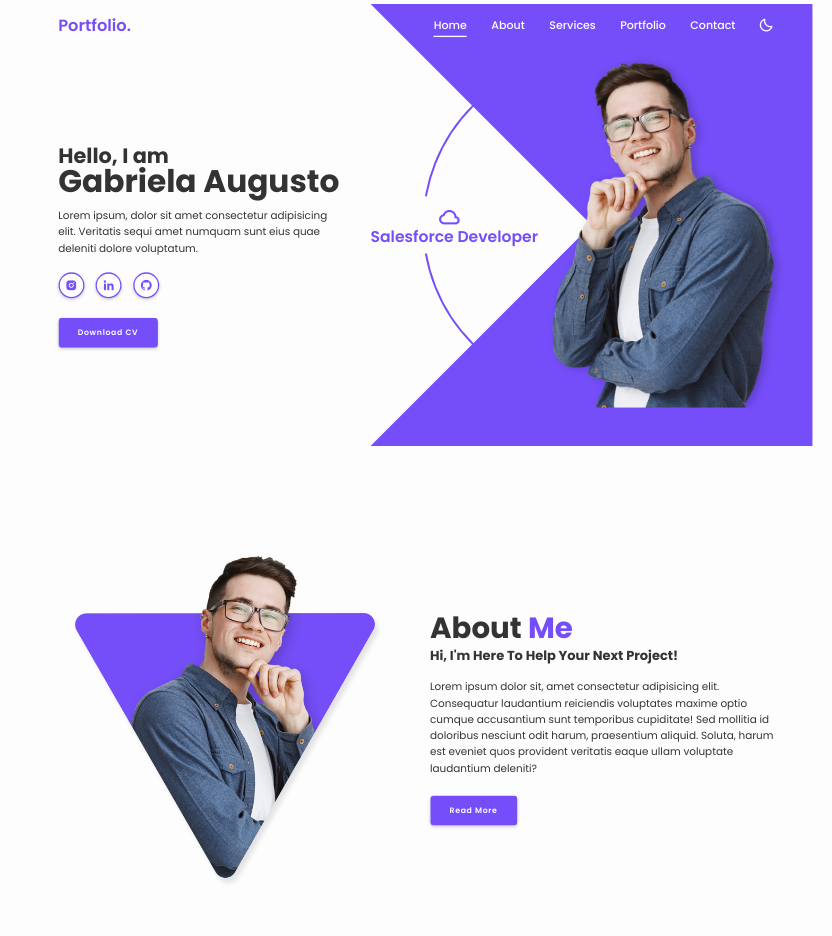
Repository: Gabi-Augusto/Portfolio
Page: index.html
An editor plug-in stored every save of this project. The page is shown before and after the next save, followed by the edit.
The browser window is 1280 px wide. The pictures show the whole page, at 65% of full size.

Above is the page before, as saved 2023-11-29 15:45:33.

### index.html
<!DOCTYPE html>
<html lang="en">

<head>
    <meta charset="UTF-8">
    <meta http-equiv="X-UA-Compatible" content="IE=edge">
    <meta name="viewport" content="width=device-width, initial-scale=1.0">
    <title>Portfolio Website Design | Gabriela Augusto</title>

    <!-- swiper css -->
    <link rel="stylesheet" href="https://cdn.jsdelivr.net/npm/swiper@9/swiper-bundle.min.css" />

    <!-- box icons -->
    <link href='https://unpkg.com/boxicons@2.1.4/css/boxicons.min.css' rel='stylesheet'>

    <!-- custom css -->
    <link rel="stylesheet" href="css/style.css">
</head>

<body>

    <!-- header design -->
    <header class="header">
        <a href="#" class="logo">Portfolio.</a>

        <nav class="navbar">
            <a href="#home" class="active">Home</a>
            <a href="#about">About</a>
            <a href="#services">Services</a>
            <a href="#portfolio">Portfolio</a>
            <a href="#contact">Contact</a>
        </nav>

        <div class="bx bx-moon" id="darkMode-icon"></div>
    </header>

    <!-- home section design -->
    <section class="home" id="home">
        <div class="home-content">
            <h3>Hello, I am</h3>
            <h1>Gabriela Augusto</h1>
            <p>Lorem ipsum, dolor sit amet consectetur adipisicing elit. Veritatis sequi amet numquam sunt eius quae deleniti dolore voluptatum.</p>

            <div class="social-media">
                <a href="#"><i class='bx bxl-instagram-alt'></i></a>
                <a href="#"><i class='bx bxl-linkedin' ></i></a>
                <a href="#"><i class='bx bxl-github' ></i></a>
            </div>

            <a href="#" class="btn">Download CV</a>
        </div>

        <div class="profession-container">
            <div class="profession-box">
                <div class="profession" style="--i:0;">
                    <i class='bx bx-cloud'></i>
                    <h3>Salesforce Developer</h3>
                </div>
                <div class="profession" style="--i:1;">
                    <i class='bx bx-bulb'></i>
                    <h3>Business Analyst</h3>
                </div>
                <div class="profession" style="--i:2;">
                    <i class='bx bx-palette'></i>
                    <h3>Web Designer</h3>
                </div>
                <div class="profession" style="--i:3;">
                    <i class='bx bx-code-alt' ></i>
                    <h3>FullStack Developer</h3>
                </div>
                <div class="circle"></div>
            </div>
            <div class="overlay"></div>
        </div>
        <div class="home-img">
            <img src="imagens/home.png" alt="">
        </div>
    </section>

    <!-- about section design -->

    <section class="about" id="about">
        <div class="about-img">
            <img src="imagens/about.png" alt="">
        </div>

        <div class="about-content">
            <h2 class="heading">About <span>Me</span></h2>
            <h3>Hi, I'm Here To Help Your Next Project!</h3>
            <p>Lorem ipsum dolor sit, amet consectetur adipisicing elit. Consequatur laudantium reiciendis voluptates maxime optio cumque accusantium sunt temporibus cupiditate! Sed mollitia id doloribus nesciunt odit harum, praesentium aliquid. Soluta, harum est eveniet quos provident veritatis eaque ullam voluptate laudantium deleniti?</p>
            <a href="#" class="btn">Read More</a>
        </div>
    </section>

    <!-- services section design -->

    <!-- portfolio section design -->

    <!-- testimonial design -->

    <!-- contact section design -->

    <!-- footer design -->


    <!-- scroll reveal -->
    <script src="https://unpkg.com/scrollreveal"></script>

    <!-- swiper js -->
    <script src="https://cdn.jsdelivr.net/npm/swiper@9/swiper-bundle.min.js"></script>

    <!-- custom js -->
    <script src="js/script.js"></script>
</body>

</html>

### css/style.css
@import url('https://fonts.googleapis.com/css2?family=Poppins:wght@300;400;500;600;700;800;900&display=swap');

* {
    margin: 0;
    padding: 0;
    box-sizing: border-box;
    text-decoration: none;
    border: none;
    outline: none;
    scroll-behavior: smooth;
    font-family: 'Poppins', sans-serif;
}

:root {
    --bg-color: #fdfdfd;
    --text-color: #333;
    --main-color: #754ef9;
    --white-color: #fdfdfd;
    --shadow-color: rgba(0, 0, 0, .2);
}

html {
    font-size: 62.5%;
    overflow-x: hidden;
}

body {
    background: var(--bg-color);
    color: var(--text-color);
}

.header {
    position: fixed;
    top: 0;
    left: 0;
    width: 100%;
    padding: 2rem 7%;
    background: transparent;
    display: flex;
    align-items: center;
    z-index: 100;
    transition: .5s;
}

.header.sticky {
    background: var(--bg-color);
    box-shadow: 0 .1rem 1rem var(--shadow-color);
}

.logo {
    font-size: 2.5rem;
    color: var(--main-color);
    font-weight: 600;
    cursor: default;
    margin-right: auto;
}

.navbar a {
    position: relative;
    font-size: 1.7rem;
    color: var(--white-color);
    font-weight: 500;
    margin-right: 3.5rem;
}

.header.sticky .navbar a {
    color: var(--text-color);
}

.header.sticky .navbar a.active {
    color: var(--main-color);
}

.navbar a.active::before{
    content: '';
    position: absolute;
    left: 0;
    bottom: -6px;
    width: 100%;
    height: .2rem;
    background: var(--white-color);
}

.header.sticky .navbar a::before {
    background: var(--main-color);
    opacity: .7;
}

#darkMode-icon {
    font-size: 2.4rem;
    color: var(--white-color);
    cursor: pointer;
}

.header.sticky #darkMode-icon{
    color: var(--text-color);
    opacity: .9;
}

section {
    min-height: 100vh;
    padding: 7rem 7% 2rem;
}

.home {
    display: flex;
    align-items: center;
}

.home .home-content {
    max-width: 44rem;
}

.home-content h3 {
    font-size: 3.2rem;
    font-weight: 700;
    line-height: .3;
}

.home-content h1 {
    font-size: 4.8rem;
    font-weight: 700;
    margin-bottom: .3rem;
}

.home-content p {
    font-size: 1.6rem;
}

.home-content .social-media a {
    display: inline-flex;
    justify-content: center;
    align-items: center;
    width: 4rem;
    height: 4rem;
    background: transparent;
    border: .2rem solid var(--main-color);
    border-radius: 50%;
    box-shadow: 0 .2rem .5rem  var(--shadow-color);
    font-size: 2rem;
    color: var(--main-color);
    margin: 2.5rem 1.5rem 3rem 0;
    transition: .5s ease;
}

.home-content .social-media a:hover {
    background: var(--main-color);
    color: var(--white-color);
}

.btn {
    display: inline-block;
    padding: 1.2rem 2.8rem;
    background: var(--main-color);
    border-radius: .6rem;
    box-shadow: 0 .2rem .5rem var(--shadow-color);
    font-size: 1.2rem;
    color: var(--white-color);
    letter-spacing: .1rem;
    font-weight: 600;
    border: .2rem solid transparent;
    transition: .5s ease;
}

.btn:hover {
    background: transparent;
    color: var(--main-color);
    border-color: var(--main-color);
}

.home .profession-container {
    position: absolute;
    top: 48%;
    right: 30px;
    transform: translateY(-50%);
    width: 680px;
    height: 680px;
    overflow: hidden;
    pointer-events: none;
}

.home .profession-container .profession-box {
    position: absolute;
    top: 0;
    right: 0;
    width: 680px;
    height: 680px;
    border-radius: 50%;
    display: flex;
    justify-content: center;
    align-items: center;
}

.home .profession-box .profession {
    position: absolute;
    left: 0;
    display: flex;
    align-items: center;
    flex-direction: column;
    color: var(--main-color);
    transform: rotate(calc(360deg / 4 * var(--i)));
    transform-origin: 340px;
    background: var(--bg-color);
    padding: 13px 0;
}

.home .profession-box .profession:nth-child(1) i {
    margin-right: 15px;
}

.home .profession-box .profession:nth-child(2),
.home .profession-box .profession:nth-child(4) {
    padding-bottom: 20px;
}

.home .profession i {
    font-size: 3.8rem;
}

.home .profession h3 {
    font-size: 2.4rem;
    line-height: 1;
    font-weight: 600;
}

.home .profession-box .circle {
    width: 520px;
    height: 520px;
    border: 3px solid var(--main-color);
    border-radius: 50%;
}

.home .profession-container .overlay {
    position: absolute;
    top: 0;
    right: 0;
    width: 0;
    height: 0;
    border-top: 340px solid var(--main-color);
    border-right: 340px solid var(--main-color);
    border-bottom: 340px solid var(--main-color);
    border-left: 340px solid transparent;
}

.home-img img {
    position: absolute;
    bottom: 0;
    top: 83px;
    right: 70px;
    width: 29%;
    pointer-events: none;
}

span {
    color: var(--main-color);
}

.about {
    display: flex;
    justify-content: center;
    align-items: center;
    gap: 6rem;
}

.about-img img {
    width: 40vw;
}

.heading {
    font-size: 4.5rem;
    text-align: center;
}

.about-content h2 {
    text-align: left;
    line-height: 1.2;
}

.about-content h3 {
    font-size: 2rem;
}

.about-content p {
    font-size: 1.6rem;
    margin: 2rem 0 3rem;
}

### js/script.js
/*========== menu icon navbar ==========*/
let menuIcon = document.querySelector('#menu-icon');
let navbar = document.querySelector('.navbar');


/*========== scroll sections active link ==========*/
let sections = document.querySelectorAll('section');
let navLinks = document.querySelectorAll('header nav a');

window.onscroll = () => {
    /*========== sticky navbar ==========*/
    let header = document.querySelector('.header');

    header.classList.toggle('sticky', window.scrollY > 100);
    /*========== remove menu icon navbar when click navbar link (scroll) ==========*/
};


/*========== swiper ==========*/


/*========== dark light mode ==========*/


/*========== scroll reveal ==========*/

After the next save:
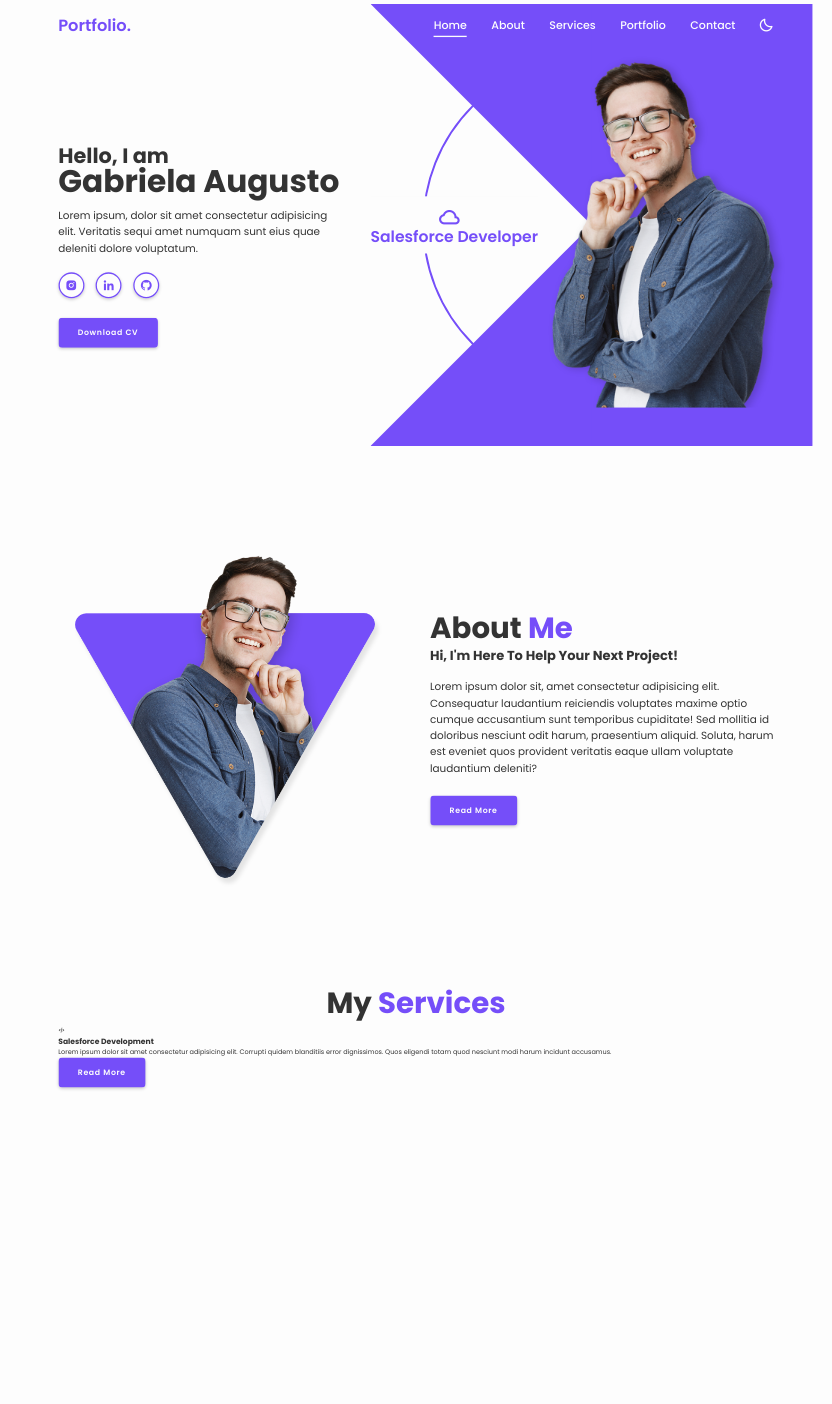
Saved 7 min 58 s later.
--- a/index.html
+++ b/index.html
@@ -94,6 +94,19 @@
 
     <!-- services section design -->
 
+    <section class="services" id="services">
+        <h2 class="heading">My <span>Services</span></h2>
+
+        <div class="services-container">
+            <div class="services-box">
+                <i class='bx bx-code-alt' ></i>
+                <h3>Salesforce Development</h3>
+                <p>Lorem ipsum dolor sit amet consectetur adipisicing elit. Corrupti quidem blanditiis error dignissimos. Quos eligendi totam quod nesciunt modi harum incidunt accusamus.</p>
+                <a href="#" class="btn">Read More</a>
+            </div>
+        </div>
+    </section>
+
     <!-- portfolio section design -->
 
     <!-- testimonial design -->
